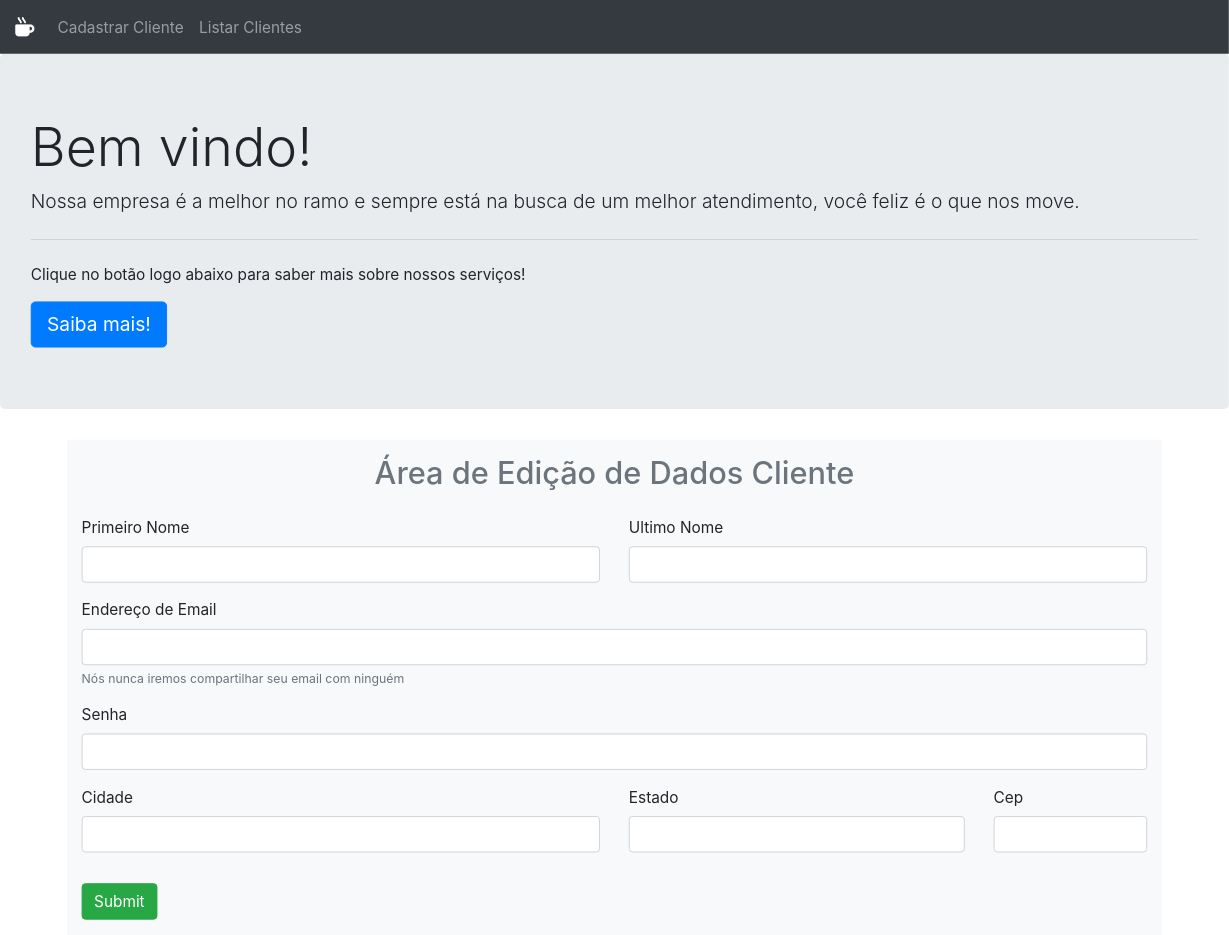
Repository: Ticapril/CRUD-JAVA
Page: http://localhost/CRUD-Java/AlterarCliente.jsp
The author's editor kept a copy of each file at every save. The page is drawn from the files as they stood at one save, then again after the next save.
The browser window is 1280 px wide. The pictures show the whole page, at 96% of full size.
The page is served by Tomcat 9. The template is opened directly, without the code that normally fills it, so the values that code supplies are empty.

Above is the page before, as saved 2020-11-25 23:31:02.

After the next save:
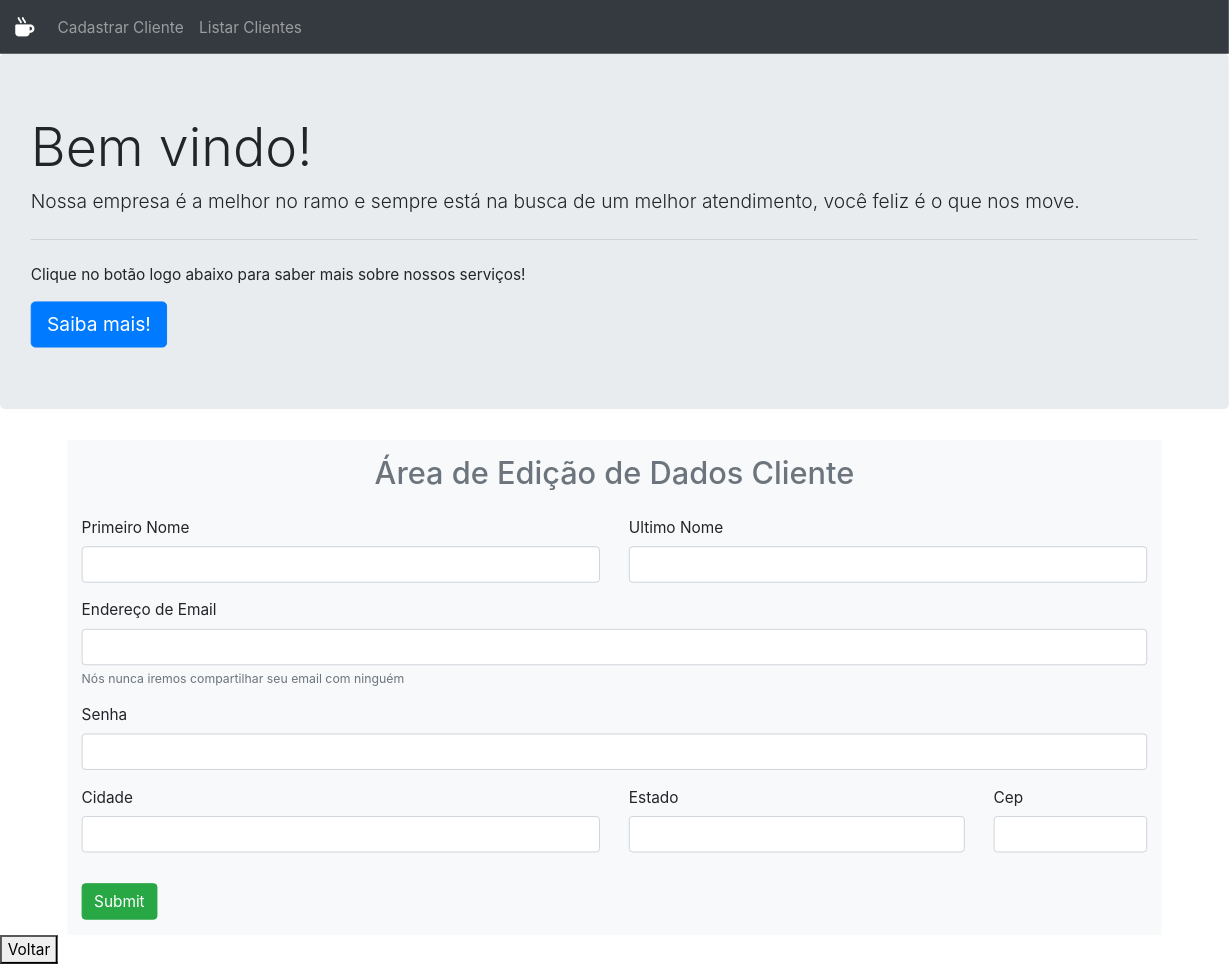
Saved 50 s later.
--- a/CRUD-Java/WebContent/AlterarCliente.jsp
+++ b/CRUD-Java/WebContent/AlterarCliente.jsp
@@ -96,6 +96,7 @@
 		</div>
 
 	</section>
+	<button class="text-center">Voltar</button>
 
 
 <script src="https://code.jquery.com/jquery-3.5.1.slim.min.js" integrity="sha384-DfXdz2htPH0lsSSs5nCTpuj/zy4C+OGpamoFVy38MVBnE+IbbVYUew+OrCXaRkfj" crossorigin="anonymous"></script>
